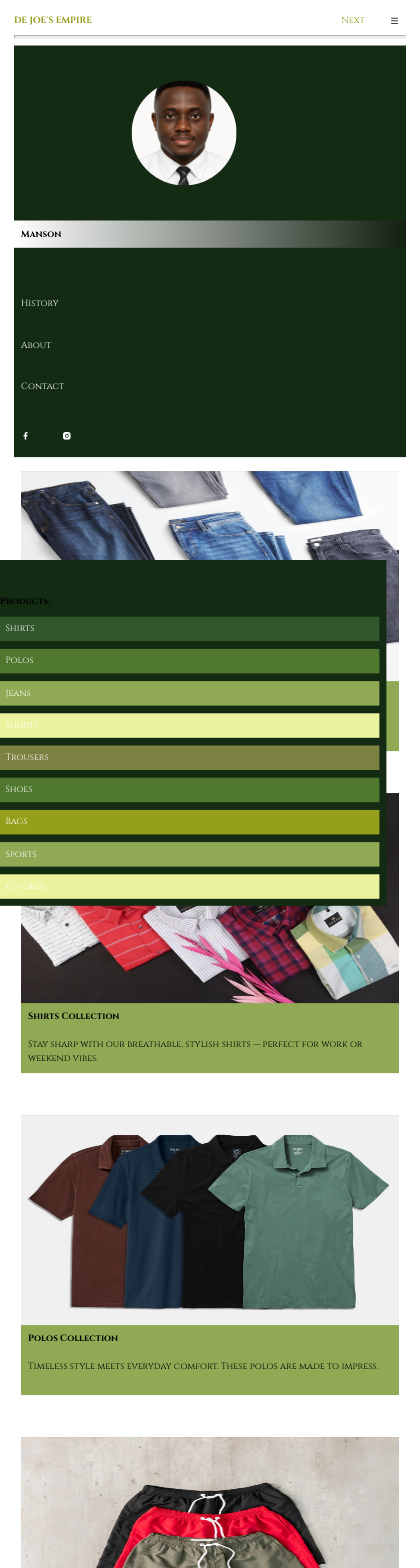
Repository: EguJaredoBoyd/Manson-Shop
Page: index.html
These files come from the project's save history. The page is drawn as it stood at one moment and after the next save; the edit follows.
The browser window is 600 px wide. The pictures show the part of the page from y = 0 to 2240 px (the page is 6126 px tall), at 70% of full size.
Some web libraries are served in a nearby version.

Above is the page before, as saved 2025-04-29 15:30:59.

After the next save:
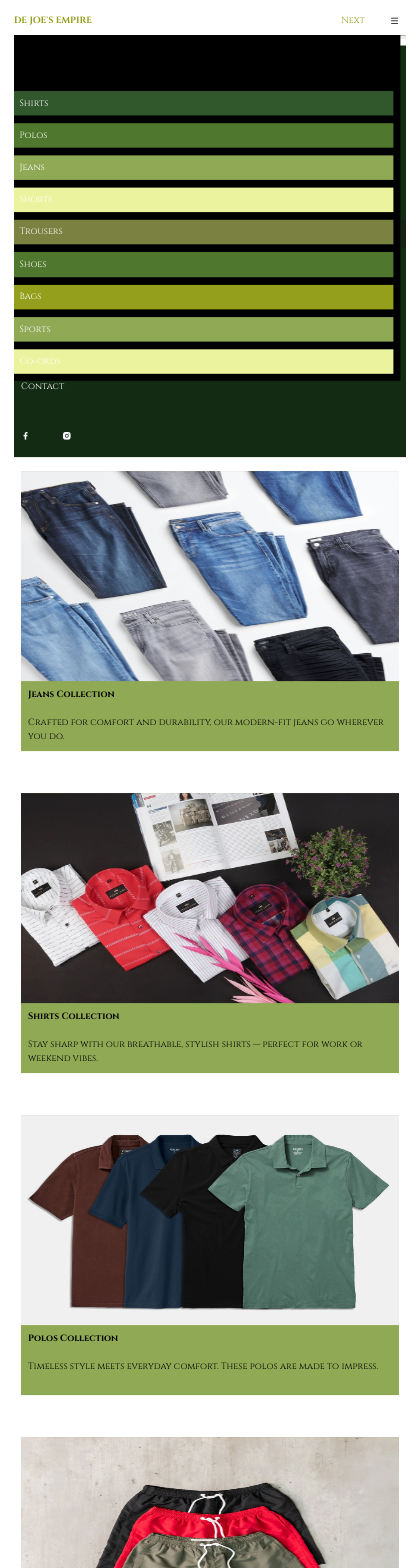
Saved 67 s later.
--- a/mobile.css
+++ b/mobile.css
@@ -40,11 +40,7 @@
         display: contents;
         background: none;
         border: none;
-        font-size: 1.5rem;
-        position: absolute;
-        top: 1rem;
-        right: 1rem;
-        z-index: 1001;
+        top: 0;
     }
     #hamburger-menu i {
         color: var(#949f1c);
@@ -52,18 +48,16 @@
     }
     #nav-links{
         display: none;
-        flex-direction: column;
         position: absolute;
-        background-color:var(--primary-color);
-        top: 100%;
+        background-color: black;
+        margin-top: 0;
         width: 100%;
-        left: 0;
         z-index: 1000;
 
 
     }
     #nav-links.show{
-        display: flex;
+        display:block;
     }
     #nav-links ul li a{
         margin: 0;
